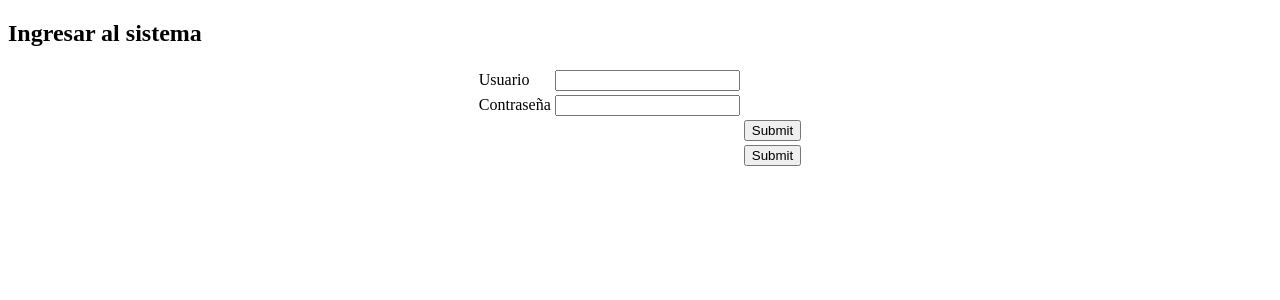
Repository: NayshaOCruz98/CL2ORTIZ
Page: http://localhost/LPII_CL2_ORTIZCRUZNAYSHA/
An editor plug-in stored every save of this project. The page is shown before and after the next save, followed by the edit.
The browser window is 1280 px wide. The pictures show the whole page.
The page is served by Tomcat 9.

Above is the page before, as saved 2023-10-24 19:01:44.

After the next save:
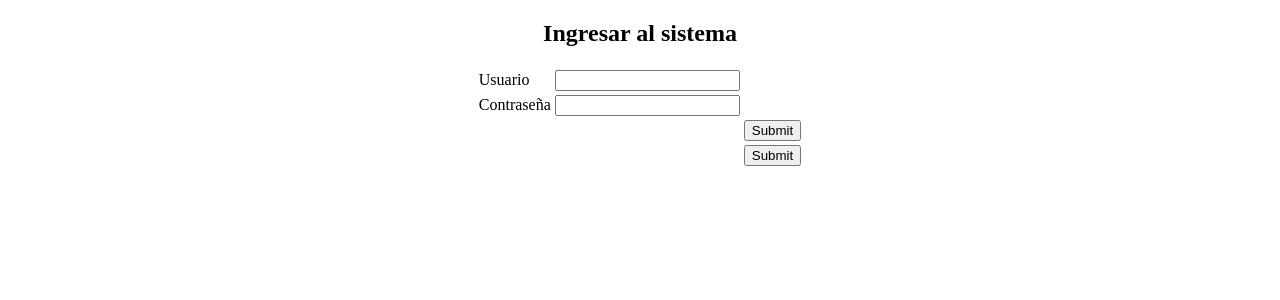
Saved 14 s later.
--- a/LPII_CL2_ORTIZCRUZNAYSHA/src/main/webapp/index.jsp
+++ b/LPII_CL2_ORTIZCRUZNAYSHA/src/main/webapp/index.jsp
@@ -8,7 +8,7 @@
 <title>Ventana Usuario</title>
 </head>
 <body>
-<h2>Ingresar al sistema</h2>
+<h2 align="center">Ingresar al sistema</h2>
 
 <form action="ControladorServlet" method="post">
 
